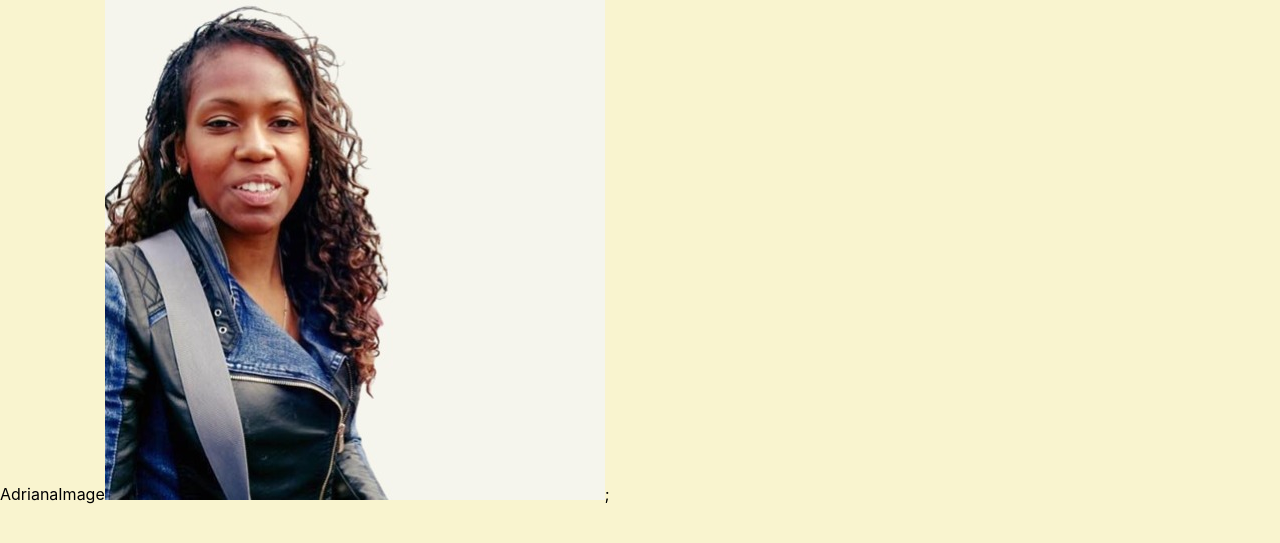
Repository: AdrianaLarsson/apedrozalarsson-frontend
Page: / (app in apedrolars/)
The author's editor kept a copy of each file at every save. The page is drawn from the files as they stood at one save, then again after a run of saves.
The browser window is 1280 px wide. The pictures show the whole page.
The project was rebuilt for these pictures with package versions that can differ from the ones it lists, and the page was loaded fresh each time. Also part of the build but not shown: apedrolars/src/App.css.

Above is the page before, as saved 2022-07-11 21:46:07.

After the next 2 saves:
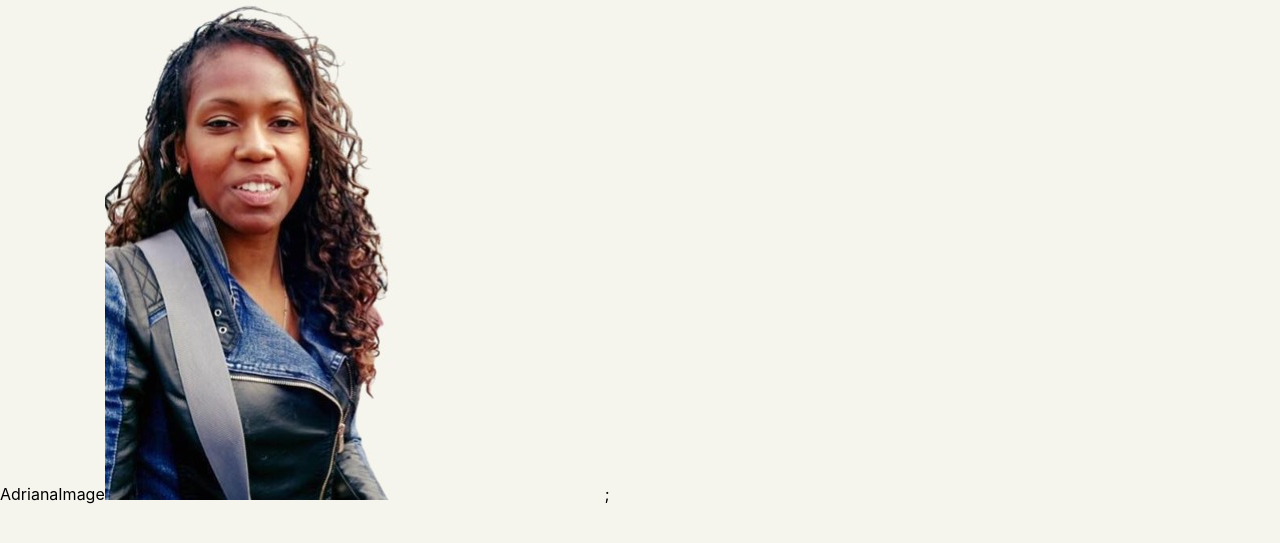
The 2 saves are shown as one change because they came seconds apart.
The last was saved 32 s later.
--- a/apedrolars/src/styles/Globals.ts
+++ b/apedrolars/src/styles/Globals.ts
@@ -4,7 +4,7 @@ import { globalColorTheme } from "./GlobalColor";
 export default createGlobalStyle`
     body,
     html {
-        background-color: ${globalColorTheme.colors.sand} ;
+        background-color: ${globalColorTheme.colors.snow} ;
         padding: 0;
         margin: 0;
         font-family: "-apple-system", "BlinkMacSystemFont", "Segoe UI", "Roboto",
